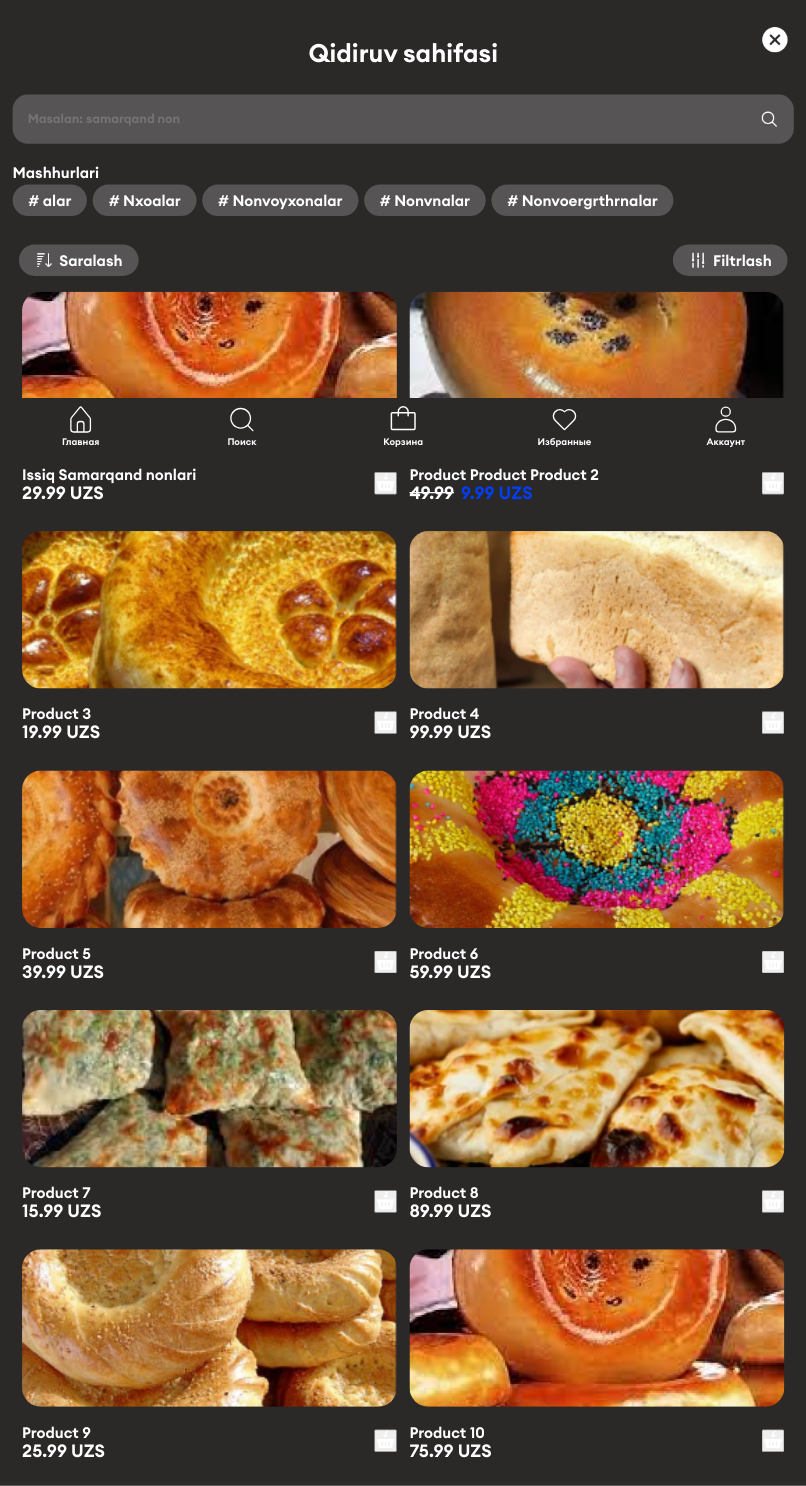
Repository: muslmoney/click-miniapp
Page: /search
An editor plug-in stored every save of this project. The page is shown before and after the next save, followed by the edit.
The browser window is 1280 px wide. The pictures show the whole page, at 63% of full size.
The project was rebuilt for these pictures with package versions that can differ from the ones it lists, and the page was loaded fresh each time. Also part of the build but not shown: vite.config.js.

Above is the page before, as saved 2025-02-16 17:21:46.

After the next save:
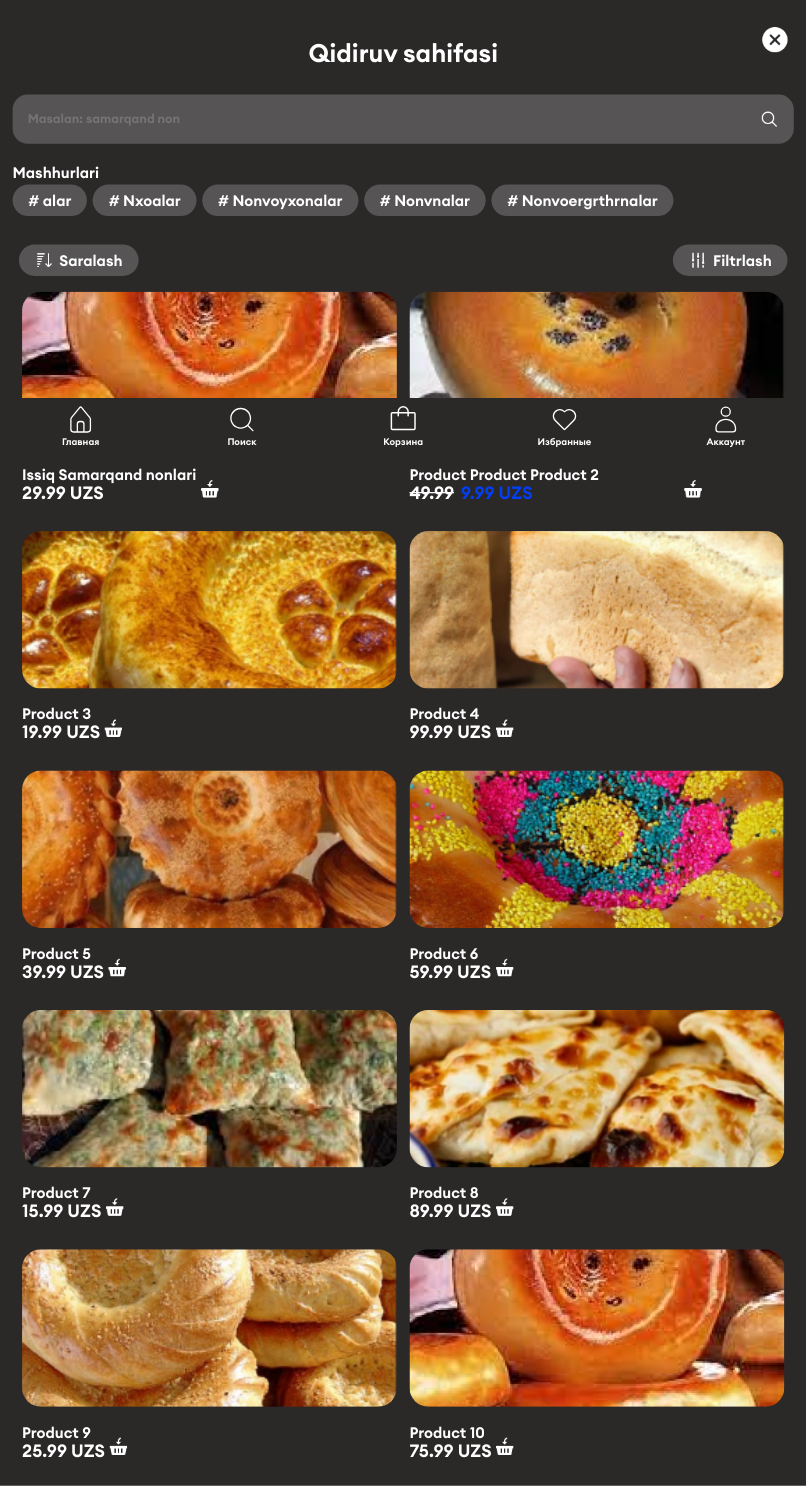
Saved 35 s later.
--- a/src/components/ProductCard/ProductCard.jsx
+++ b/src/components/ProductCard/ProductCard.jsx
@@ -182,7 +182,7 @@
             <h2 className={styles}>{price} UZS</h2>
           </div>
         )}
-        <div>
+        <div className={styles.buttons}>
           <button onClick={addToCart}>
             <img src="/addToBag.png" alt="addToBag" />
           </button>
